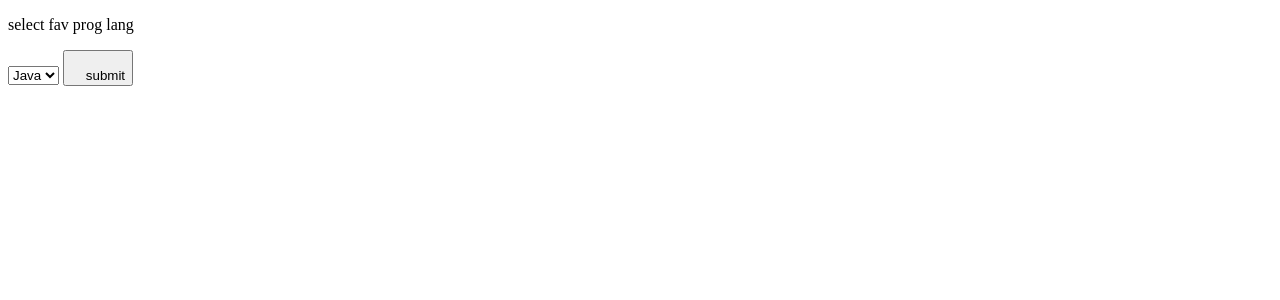
Repository: shivamaninalla/Bank-Application-JSP
Page: http://localhost/03-jsp-form2/cookie.jsp
The author's editor kept a copy of each file at every save. The page is drawn from the files as they stood at one save, then again after the next save.
The browser window is 1280 px wide. The pictures show the whole page.
The page is served by Tomcat 9.

Above is the page before, as saved 2024-07-15 14:33:51.

After the next save:
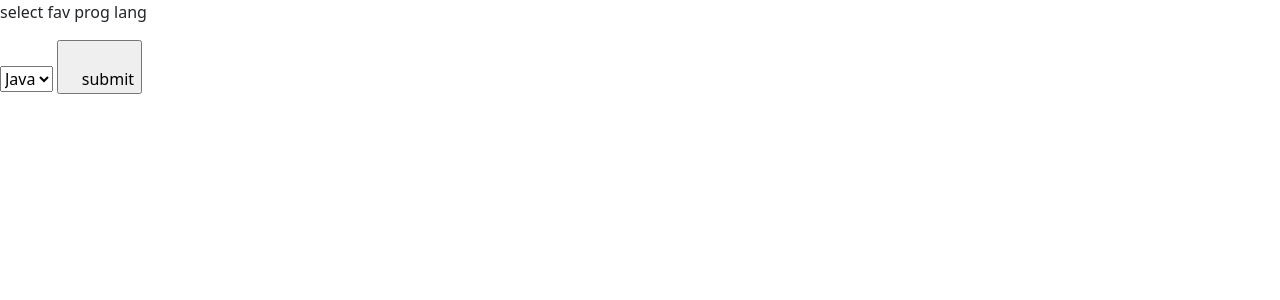
Saved 85 s later.
--- a/03-jsp-form2/WebContent/cookie.jsp
+++ b/03-jsp-form2/WebContent/cookie.jsp
@@ -5,12 +5,14 @@
 <head>
 <meta charset="ISO-8859-1">
 <title>Insert title here</title>
+<link href="https://cdn.jsdelivr.net/npm/bootstrap@5.0.2/dist/css/bootstrap.min.css" rel="stylesheet" integrity="sha384-EVSTQN3/azprG1Anm3QDgpJLIm9Nao0Yz1ztcQTwFspd3yD65VohhpuuCOmLASjC" crossorigin="anonymous">
+<script src="https://cdn.jsdelivr.net/npm/bootstrap@5.0.2/dist/js/bootstrap.bundle.min.js" integrity="sha384-MrcW6ZMFYlzcLA8Nl+NtUVF0sA7MsXsP1UyJoMp4YLEuNSfAP+JcXn/tWtIaxVXM" crossorigin="anonymous"></script>
 </head>
 <body>
 <p>select fav prog lang</p>
   <form action="cookieresponse.jsp", method="get">
     <select name="fl" id="">
-      <option value="java">Java</option>
+      <option class=value="java">Java</option>
       <option value="C++">C++</option>
       <option value="C">C</option>
     </select>
